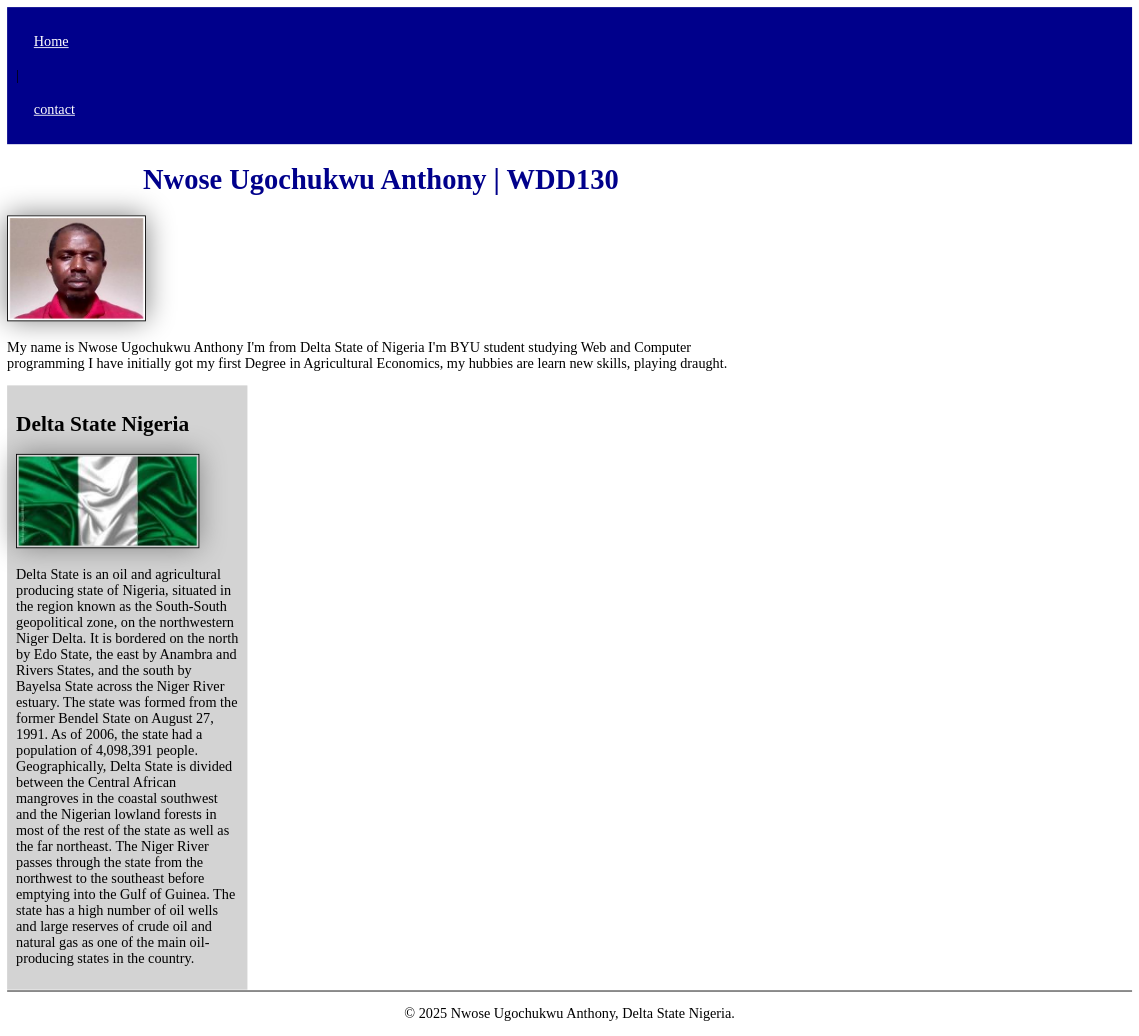
Repository: NoblesNigeria/wdd130
Page: index.html
These files come from the project's save history. The page is drawn as it stood at one moment and after the next save; the edit follows.
The browser window is 1280 px wide. The pictures show the whole page, at 89% of full size.

Above is the page before, as saved 2025-09-08 18:39:23.

### index.html
<!DOCTYPE html>
<html lang="en">

<head>
    <meta charset="UTF-8">
    <meta name="viewport" content="width=device-width, initial-scale=1.0">
    <title>Nwose Ugochukwu Anthony| WDD130</title>
    <meta name="description" content="This is my personal webpage">
    <meta name="Author" content="Nwose Ugochukwu Anthony">
    <link rel="stylesheet" href="styles/styles.css">
</head>

<body>
    <header>
        <nav>
            <a href="#">Home</a> |
            <a href="#">contact</a>
        </nav>
    </header>
    <main>
        <h1>Nwose Ugochukwu Anthony | WDD130</h1>
        <img src="images/profile.jpg" alt="Nwose Anthony" width="200">
        <p>My name is Nwose Ugochukwu Anthony I'm from Delta State of Nigeria I'm BYU student studying Web and Computer
            programming I have initially got my first Degree in Agricultural Economics, my hubbies are learn new skills,
            playing draught.
        </p>
    </main>
    <aside>
        <h2>Delta State Nigeria</h2>
        <img src="images/nigeria-flag.jpg" alt="Delta State Nigeria" width="200">
        <p>Delta State is an oil and agricultural producing state of Nigeria, situated in the region known as the
            South-South geopolitical zone, on the northwestern Niger Delta. It is bordered on the north by Edo State,
            the east by Anambra and Rivers States, and the south by Bayelsa State across the Niger River estuary. The
            state was formed from the former Bendel State on August 27, 1991. As of 2006, the state had a population of
            4,098,391 people. Geographically, Delta State is divided between the Central African mangroves in the
            coastal southwest and the Nigerian lowland forests in most of the rest of the state as well as the far
            northeast. The Niger River passes through the state from the northwest to the southeast before emptying
            into the Gulf of Guinea. The state has a high number of oil wells and large reserves of crude oil and
            natural gas as one of the main oil-producing states in the country.
        </p>
    </aside>
    <footer>
        <p>&copy; 2025 Nwose Ugochukwu Anthony, Delta State Nigeria.</p>
    </footer>

</body>

</html>

### styles/styles.css
nav {
    background-color: darkblue;
    padding: 10px;
}
nav a {
    color: white;
    display: block;
    padding: 20px;
}
h1 {
    color: darkblue;
    text-align: center;
}
img {
    width: 150px;
    height: auto;
    border: 1px solid black;
    padding: 2px;
    box-shadow: 0 0 30px gray;
}
p {
    padding: 0;
}
main{
    width: 840px;
}
aside{
    background-color: lightgray;
    padding: 10px;
    width: 250px;
}
aside img {
    width: 200px;
    height: auto;
    border: 1px solid black;
    padding: 2px;
    box-shadow: 0 0 30px gray;
}
footer {
    text-align: center;
    margin-top: 1px;
    border-top: 1px solid black;
}

After the next save:
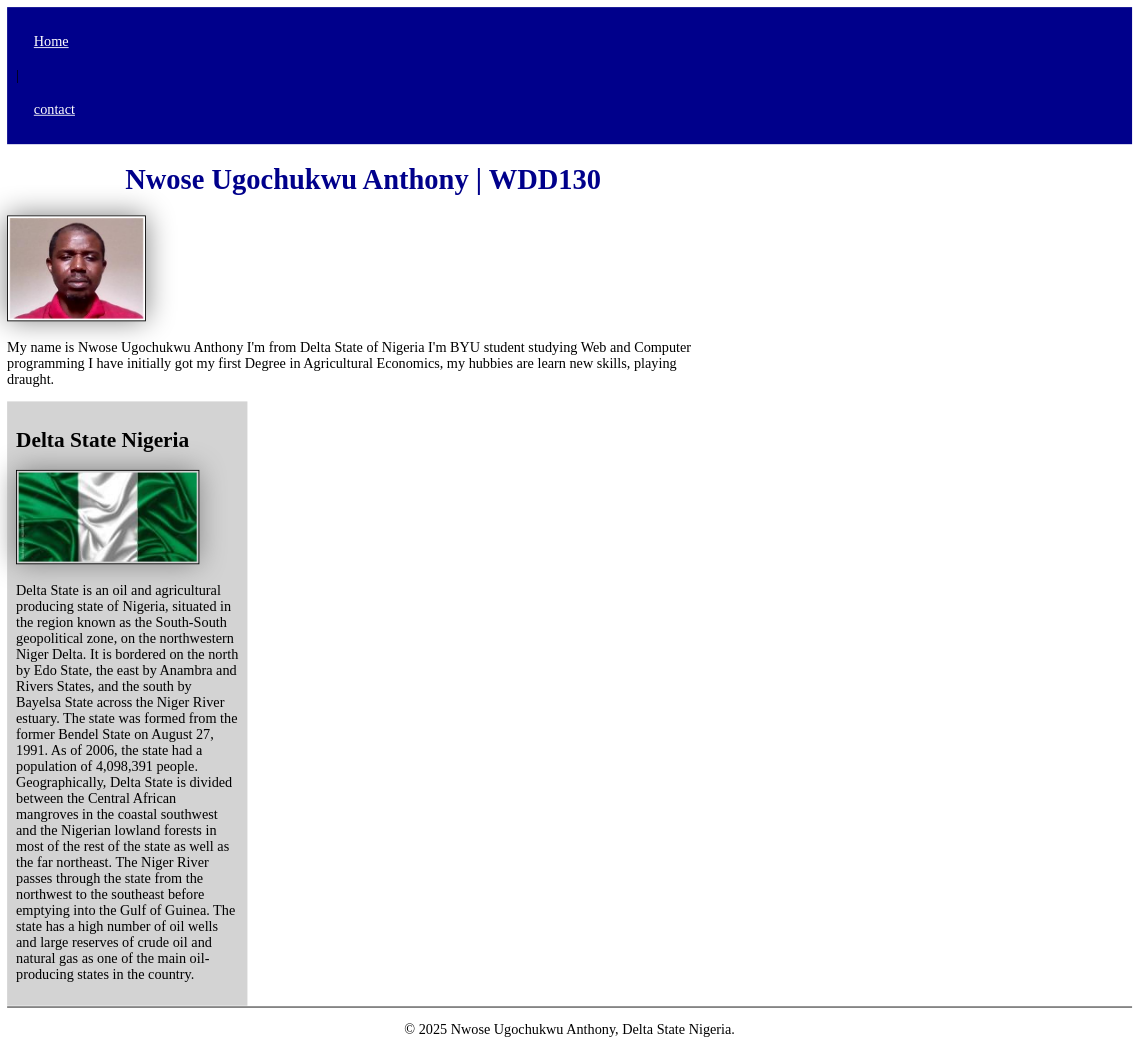
Saved 4 min 53 s later.
--- a/styles/styles.css
+++ b/styles/styles.css
@@ -22,7 +22,7 @@
     padding: 0;
 }
 main{
-    width: 840px;
+    width: 800px;
 }
 aside{
     background-color: lightgray;

After the save that followed:
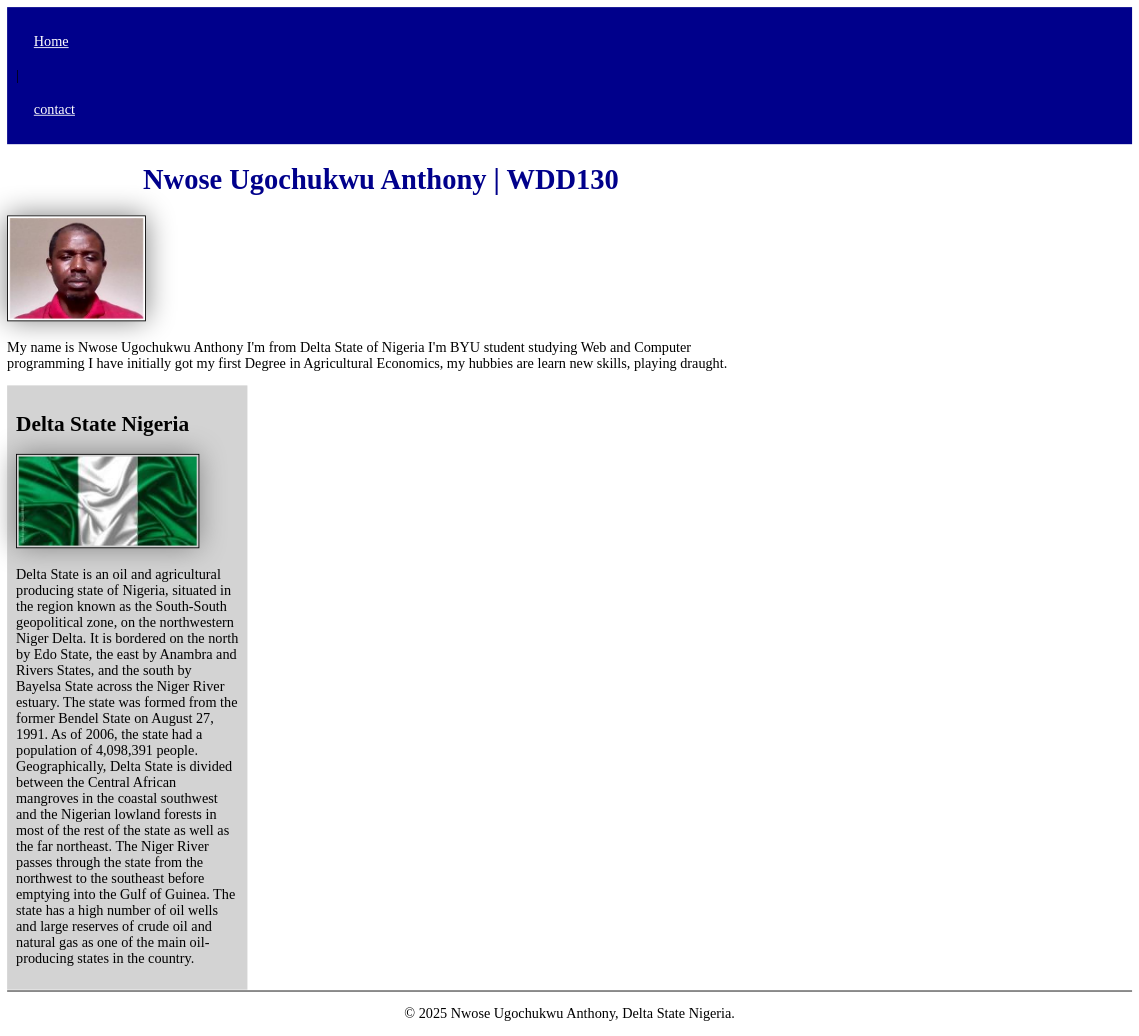
Saved 5 min 32 s later.
--- a/styles/styles.css
+++ b/styles/styles.css
@@ -11,6 +11,9 @@
     color: darkblue;
     text-align: center;
 }
+main {
+    width: 840px;
+}
 img {
     width: 150px;
     height: auto;
@@ -20,9 +23,6 @@
 }
 p {
     padding: 0;
-}
-main{
-    width: 800px;
 }
 aside{
     background-color: lightgray;
